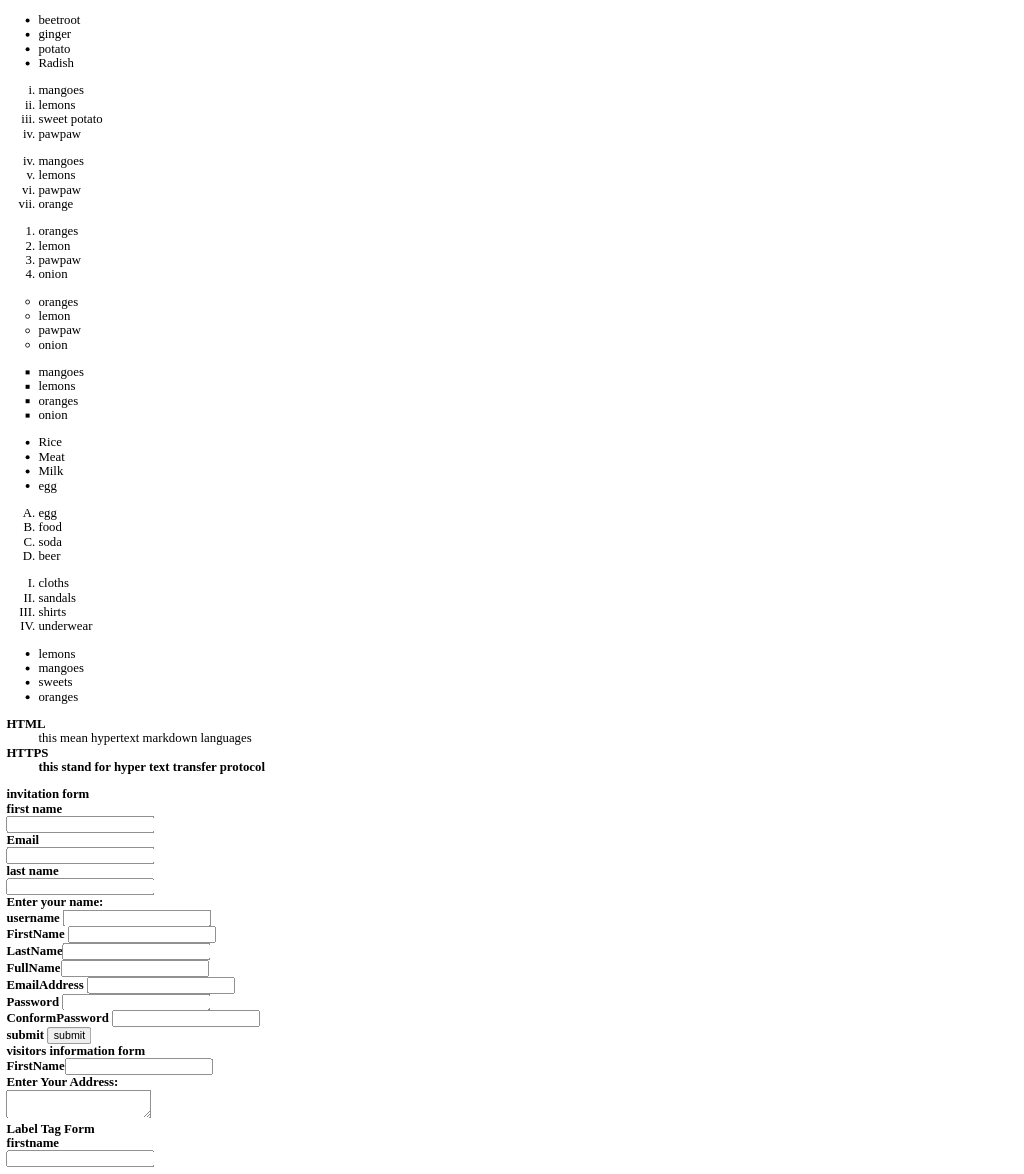
Repository: Okwahi/first--code-lessons
Page: Rinato.html
The author's editor kept a copy of each file at every save. The page is drawn from the files as they stood at one save, then again after a run of saves.
The browser window is 1280 px wide. The pictures show the whole page, at 80% of full size.

Above is the page before, as saved 2023-03-09 13:44:38.

### Rinato.html
<!DOCTYPE html>
<html lang="en">
<head>
    <meta charset="UTF-8">
    <meta http-equiv="X-UA-Compatible" content="IE=edge">
    <meta name="viewport" content="width=device-width, initial-scale=1.0">
    <title>Document</title>
    <link rel="stylesheet" href="/Rinato.css">
</head>
<body>
    <ul type="triangle">
        <li>beetroot</li>
        <li>ginger</li>
        <li>potato</li>
        <li>Radish</li>
    </ul>
    <ol type="i">
        <li> mangoes</li>
        <li>lemons</li>
        <li>sweet potato</li>
        <li>pawpaw</li>

    </ol>
    <ol type="i" start="4">
        <li>mangoes</li>
        <li>lemons</li>
        <li>pawpaw</li>
        <li>orange</li>
    </ol>
    <ol type="1">
        <li>oranges</li>
        <li>lemon</li>
        <li>pawpaw</li>
        <li>onion</li>
    </ol>
    <ul type="circle">
        <li>oranges</li>
            <li>lemon</li>
            <li>pawpaw</li>
            <li>onion</li>
    </ul>
    <ul type="square">
        <li>mangoes</li>
        <li>lemons</li>
        <li>oranges</li>
        <li>onion</li>
    </ul>
    <ul type="rectangle">
        <li>Rice</li>
        <li>Meat</li>
        <li>Milk</li>
        <li>egg</li>
    </ul>
    <ol type="A">
        <li>egg</li>
        <li>food</li>
        <li>soda</li>
        <li>beer</li>
    </ol>
    <ol type="I">
        <li>cloths</li>
        <li>sandals</li>
        <li>shirts</li>
        <li>underwear</li>
    </ol>
    <ul type="oval">
        <li>lemons</li>
        <li>mangoes</li>
        <li>sweets</li>
        <li>oranges</li>
    </ul>
    <dl>
        <dt><HTML><b>HTML</b></HTML></dt>
        <dd>this mean hypertext markdown languages</dd>
        <dt><b>HTTPS<b></b></dt>
        <dd> this stand for hyper text transfer protocol</dd>
    </dl>

    <form action=""> invitation form <br>
        <label for="first name"> first name</label><br>
        <input type="text" id="first name" name="first name"><br>
        <label for="Email">Email</label><br>
        <input type="Email" id="Email" name="Email"><br>
        <label for="last name">last name</label><br>
        <input type="text" id="last name"><br>
        <form>
            Enter your name: <br>
           username <input type="text" name="username"> <br>
           FirstName <input type="text" name="FirstName"> <br>
            LastName<input type="text" name="LastName"> <br>
            FullName<input type="text" name="FullName"> <br>
          EmailAddress  <input type="Email" name="EmailAddress"> <br>
           Password <input type="Password" name="Password"> <br>
           ConformPassword <input type="Password" name="ConformPassword"> <br>
           submit <button>
            submit
           </button>
           <div>

            <form action="">visitors information form </form> <br>
            FirstName<input type="text" name="FirstName">
           </div>
           <form>
                Enter Your Address: <br>
                <textarea rows="2" cols="20"></textarea>
            </form>
            <form action="">Label Tag Form <br>
                <label for="firstname">firstname</label> <br>
                <input type="text">



            </form>





        </form>
    </form>

Loaded but not shown: Rinato.css (common file)

After the next 4 saves:
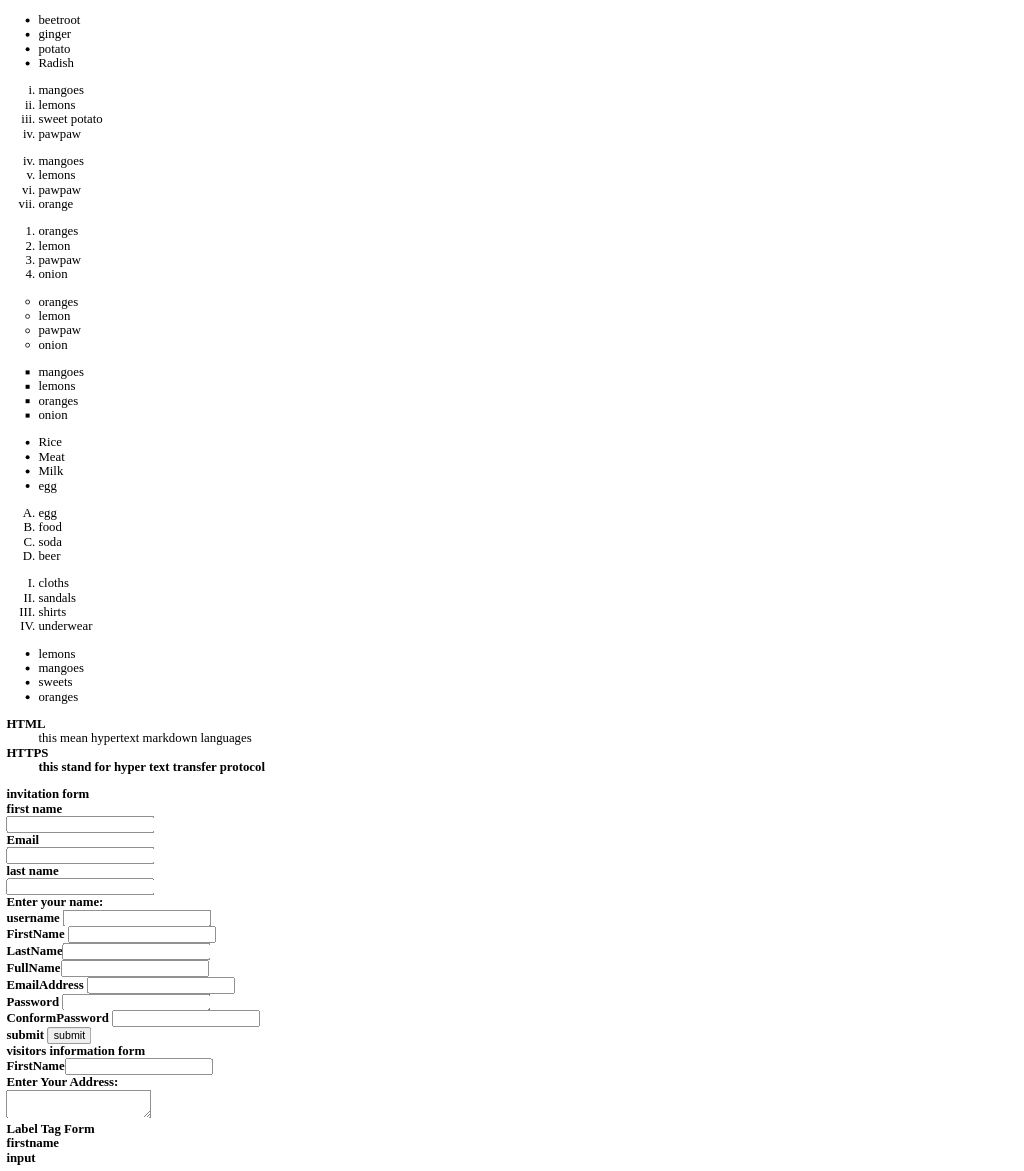
The 4 saves are shown as one change because they came seconds apart.
The last was saved 20 s later.
--- a/Rinato.html
+++ b/Rinato.html
@@ -106,7 +106,8 @@
             </form>
             <form action="">Label Tag Form <br>
                 <label for="firstname">firstname</label> <br>
-                <input type="text">
+                input
+
 
 
 

After the 6 saves that followed:
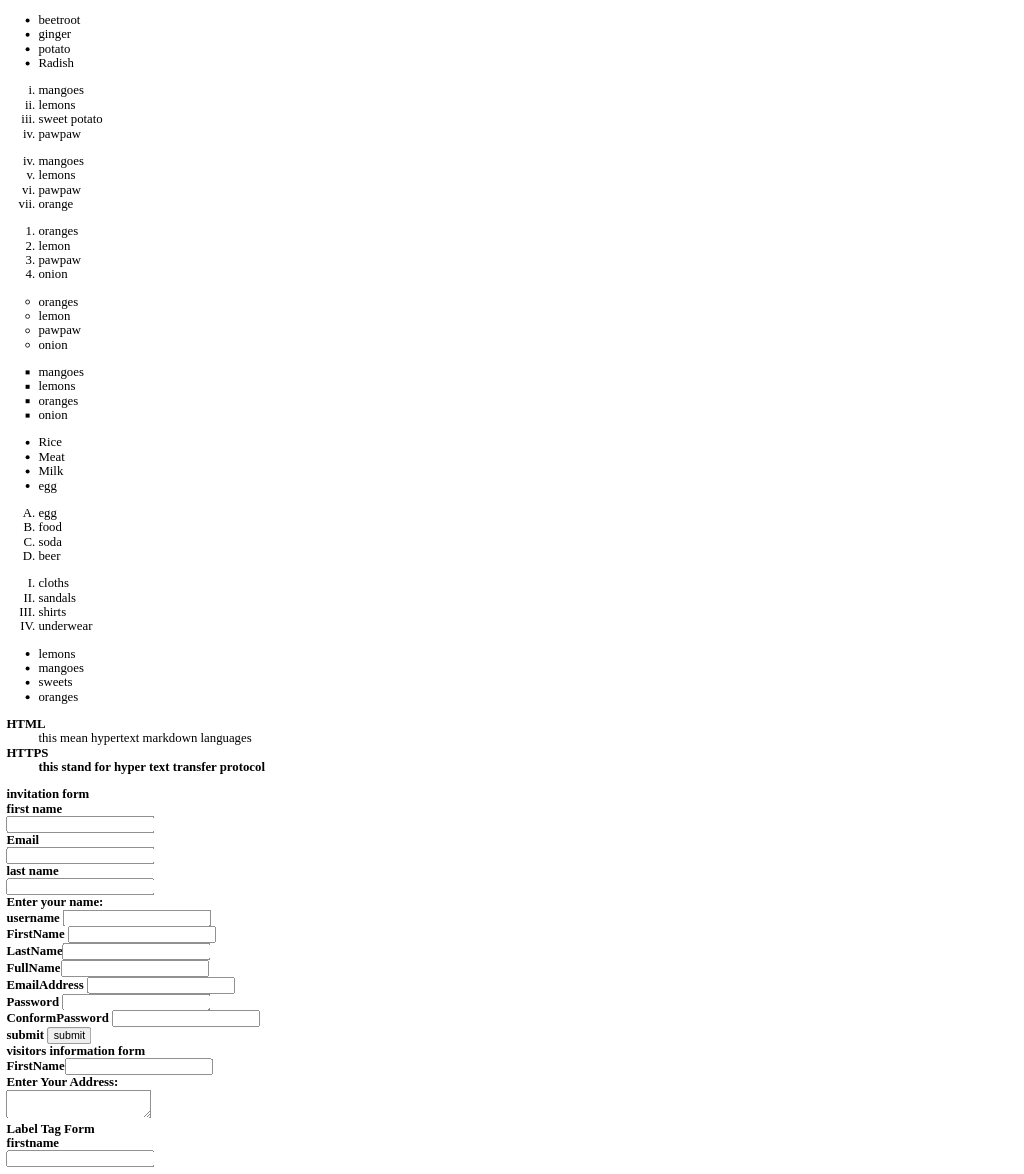
The 6 saves are shown as one change because they came seconds apart.
The last was saved 18 s later.
--- a/Rinato.html
+++ b/Rinato.html
@@ -106,8 +106,7 @@
             </form>
             <form action="">Label Tag Form <br>
                 <label for="firstname">firstname</label> <br>
-                input
-
+                <input type="text">
 
 
 
